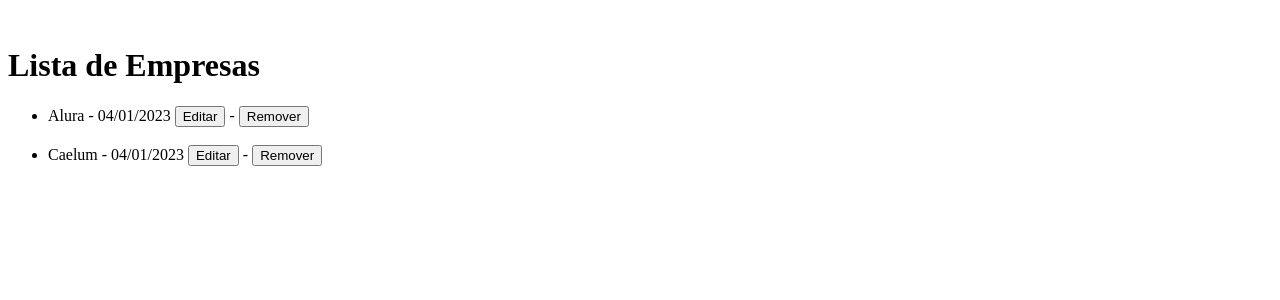
Repository: DerickLFAndrade/Aplicacao_Java_Web_Servlet_TomCat
Page: http://localhost/gerenciador/listaEmpresas
These files come from the project's save history. The page is drawn as it stood at one moment and after the next save; the edit follows.
The browser window is 1280 px wide. The pictures show the whole page.
The page is served by Tomcat 9.

Above is the page before, as saved 2023-01-08 18:05:47.

After the next save:
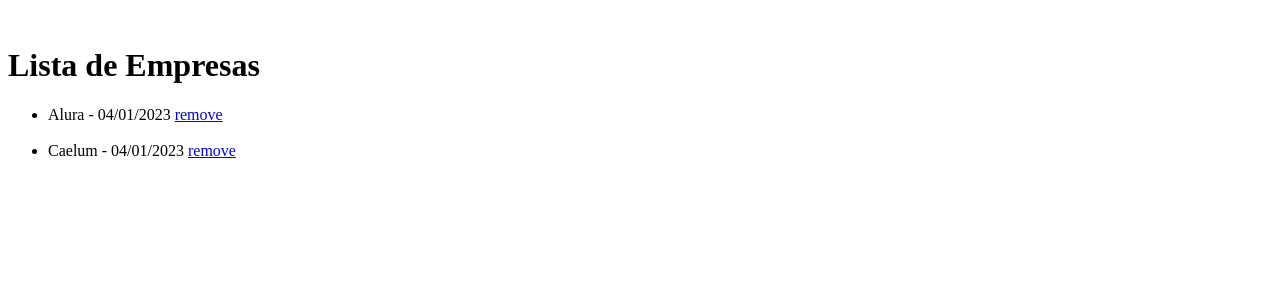
Saved 9 min 27 s later.
--- a/gerenciador/WebContent/listaEmpresas.jsp
+++ b/gerenciador/WebContent/listaEmpresas.jsp
@@ -26,17 +26,16 @@
 
 
 
-	<form action="${linkDeletarEditarEmpresas}" method="post">
+
 		<ul>
 			<c:forEach items="${empresas}" var="empresa">
 				<li>${empresa.nome} - <fmt:formatDate value="${empresa.dataAbertura}" pattern="dd/MM/yyyy"/>
-				<button type="submit" name=editarRemover value="editar">Editar</button> - <button type="submit" name="editarRemover" value="remover">Remover</button>
+				<a href="gerenciador/removeEmpresa">remove</a>
 				</li>
 				<br>
 
 			</c:forEach>
 		</ul>
-	</form>
 
 </body>
 </html>
